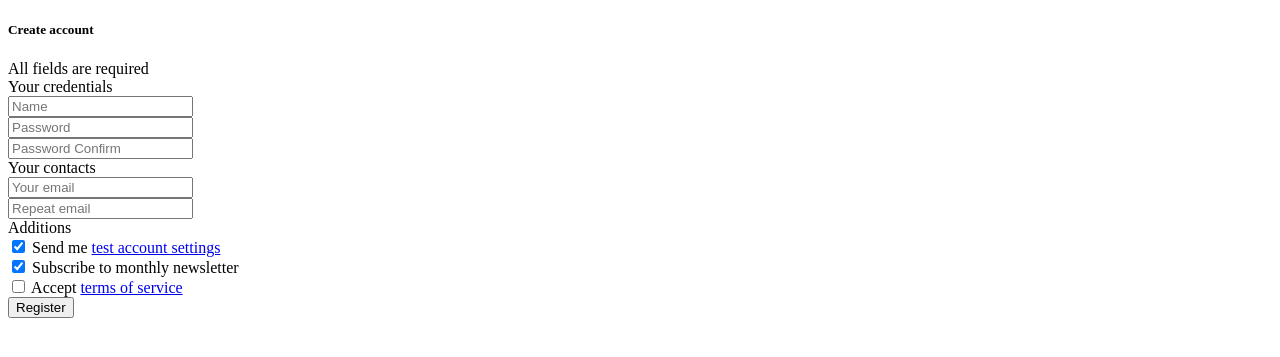
Repository: dionannd/laravel-inventory
Page: http://localhost/register
An editor plug-in stored every save of this project. The page is shown before and after the next save, followed by the edit.
The browser window is 1280 px wide. The pictures show the whole page.
The page is served by the project's Laravel application, run on PHP 8.4 with Laravel 8. Other server files are loaded and not shown.

Above is the page before, as saved 2019-08-02 19:35:53.

### app/Helpers/Helper.php
<?php

/**
 * Set any link as active by adding active class.
 * @param [url] $uri  Current URI.
 * @param string $output CSS class name.
 */

function set_active($uri, $output = 'active')
{
	if ( is_array($uri) ) {
		foreach ($uri as $u) {
			if (Route::is($u)) {
				return $output;
			}
		}
	} else {
		if (Route::is($uri)) {
			return $output;
		}
	}
}

function set_open($uri, $output = 'nav-item-expanded nav-item-open')
{
	if ( is_array($uri) ) {
		foreach ($uri as $u) {
			if (Route::is($u)) {
				return $output;
			}
		}
	} else {
		if (Route::is($uri)) {
			return $output;
		}
	}
}

### app/Providers/AppServiceProvider.php
<?php

namespace App\Providers;

use Illuminate\Support\ServiceProvider;
use Illuminate\Support\Facades\Blade;

class AppServiceProvider extends ServiceProvider
{
    /**
     * Register any application services.
     *
     * @return void
     */
    public function register()
    {
        //
    }

    /**
     * Bootstrap any application services.
     *
     * @return void
     */
    public function boot()
    {
        Blade::withoutComponentTags();
    }
}

### routes/web.php
<?php

use Illuminate\Support\Facades\Route;

/*
|--------------------------------------------------------------------------
| Web Routes
|--------------------------------------------------------------------------
|
| Here is where you can register web routes for your application. These
| routes are loaded by the RouteServiceProvider within a group which
| contains the "web" middleware group. Now create something great!
|
*/

Route::get('/', function () {
    return view('auth.login');
});

Auth::routes();

Route::group(['middleware' => 'auth:web'], function(){
    Route::get('/home', 'HomeController@index')->name('home');
    // Category Route
    Route::resource('category', 'CategoryController');
    // Place Route
    Route::resource('/place', 'PlaceController');
    // Product Route
    Route::get('/product/delete/{id}','ProductController@destroy')->name('product.destroy');
    Route::resource('/product', 'ProductController');
    // Customer Route
    Route::get('/customer/delete/{id}', 'CustomerController@destroy')->name('customer.destroy');
    Route::resource('/customer', 'CustomerController');
    // Supplier Route
    Route::get('/supplier/delete/{id}', 'SupplierController@destroy')->name('supplier.destroy');
    Route::resource('/supplier', 'SupplierController');
    // Sales Route
    Route::get('/sales/delete/{id}', 'SalesController@destroy')->name('sales.destroy');
    Route::resource('/sales', 'SalesController');
    // Price Sales from Product
    Route::post('/sales/price', 'SalesController@getPrice')->name('sales.price');
    // Inovoice Sales
    Route::get('sales/show/{id}', 'SalesController@show')->name('sales.show');
    // Purchase Route
    Route::get('/purchase/delete/{id}', 'PurchaseController@destroy')->name('purchase.destroy');
    Route::resource('/purchase', 'PurchaseController');
    // Approve Purchase
    Route::get('/purchase/approve/{id}', 'PurchaseController@approve')->name('purchase.approve');
    // Excel Purchase
    Route::get('purchase/export_pdf/{id}', 'PurchaseController@export_pdf')->name('purchase.pdf');
    // Invoice Purchase
    Route::get('purchase/show/{id}', 'PurchaseController@show')->name('purchase.show');
    // Finance Route
    Route::get('/finance/delete/{id}', 'FinanceController@destroy')->name('finance.destroy');
    Route::resource('/finance', 'FinanceController');
    // CashOut Route
    Route::resource('/cashout', 'CashoutController');
    Route::get('/cashout/delete/{id}', 'CashoutController@destroy')->name('cashout.destroy');
    // Loss Route
    Route::get('/loss/delete/{id}', 'LossController@destroy')->name('loss.destroy');
    Route::resource('loss', 'LossController');
    // Get data from Sales
    Route::post('/loss/purchase', 'LossController@getData')->name('loss.getdata');
});

### app/Http/Controllers/Auth/LoginController.php
<?php

namespace App\Http\Controllers\Auth;

use App\Http\Controllers\Controller;
use Illuminate\Foundation\Auth\AuthenticatesUsers;

class LoginController extends Controller
{
    /*
    |--------------------------------------------------------------------------
    | Login Controller
    |--------------------------------------------------------------------------
    |
    | This controller handles authenticating users for the application and
    | redirecting them to your home screen. The controller uses a trait
    | to conveniently provide its functionality to your applications.
    |
    */

    public function formLogin()
    {
        return view('login.pages.index');
    }

    use AuthenticatesUsers;

    /**
     * Where to redirect users after login.
     *
     * @var string
     */
    protected $redirectTo = '/home';

    /**
     * Create a new controller instance.
     *
     * @return void
     */
    public function __construct()
    {
        $this->middleware('guest')->except('logout');
    }
}

### app/Http/Controllers/Auth/RegisterController.php
<?php

namespace App\Http\Controllers\Auth;

use App\User;
use App\Http\Controllers\Controller;
use Illuminate\Support\Facades\Hash;
use Illuminate\Support\Facades\Validator;
use Illuminate\Foundation\Auth\RegistersUsers;

class RegisterController extends Controller
{
    /*
    |--------------------------------------------------------------------------
    | Register Controller
    |--------------------------------------------------------------------------
    |
    | This controller handles the registration of new users as well as their
    | validation and creation. By default this controller uses a trait to
    | provide this functionality without requiring any additional code.
    |
    */

    use RegistersUsers;

    /**
     * Where to redirect users after registration.
     *
     * @var string
     */
    protected $redirectTo = '/login';

    /**
     * Create a new controller instance.
     *
     * @return void
     */
    public function __construct()
    {
        $this->middleware('guest');
    }

    /**
     * Get a validator for an incoming registration request.
     *
     * @param  array  $data
     * @return \Illuminate\Contracts\Validation\Validator
     */
    protected function validator(array $data)
    {
        return Validator::make($data, [
            'name' => ['required', 'string', 'max:255'],
            'email' => ['required', 'string', 'email', 'max:255', 'unique:users'],
            'password' => ['required', 'string', 'min:8', 'confirmed'],
        ]);
    }

    /**
     * Create a new user instance after a valid registration.
     *
     * @param  array  $data
     * @return \App\User
     */
    protected function create(array $data)
    {
        return User::create([
            'name' => $data['name'],
            'email' => $data['email'],
            'password' => Hash::make($data['password']),
        ]);
    }
}

### resources/views/auth/register.blade.php
@extends('layouts.login.master')

@section('title')
    <title>Register</title>
@endsection

@section('content')
<!-- Content area -->
<div class="content d-flex justify-content-center align-items-center">

    <!-- Registration form -->
    <form class="login-form" action="index.html">
        <div class="card mb-0">
            <div class="card-body">
                <div class="text-center mb-3">
                    <i class="icon-plus3 icon-2x text-success border-success border-3 rounded-round p-3 mb-3 mt-1"></i>
                    <h5 class="mb-0">Create account</h5>
                    <span class="d-block text-muted">All fields are required</span>
                </div>

                <div class="form-group text-center text-muted content-divider">
                    <span class="px-2">Your credentials</span>
                </div>

                <div class="form-group form-group-feedback form-group-feedback-left">
                    <input type="text" class="form-control" placeholder="Name">
                    <div class="form-control-feedback">
                        <i class="icon-user-check text-muted"></i>
                    </div>
                </div>

                <div class="form-group form-group-feedback form-group-feedback-left">
                    <input type="password" class="form-control" placeholder="Password">
                    <div class="form-control-feedback">
                        <i class="icon-user-lock text-muted"></i>
                    </div>
                </div>

                <div class="form-group form-group-feedback form-group-feedback-left">
                    <input type="password" class="form-control" placeholder="Password Confirm">
                    <div class="form-control-feedback">
                        <i class="icon-user-lock text-muted"></i>
                    </div>
                </div>

                <div class="form-group text-center text-muted content-divider">
                    <span class="px-2">Your contacts</span>
                </div>

                <div class="form-group form-group-feedback form-group-feedback-left">
                    <input type="password" class="form-control" placeholder="Your email">
                    <div class="form-control-feedback">
                        <i class="icon-mention text-muted"></i>
                    </div>
                </div>

                <div class="form-group form-group-feedback form-group-feedback-left">
                    <input type="password" class="form-control" placeholder="Repeat email">
                    <div class="form-control-feedback">
                        <i class="icon-mention text-muted"></i>
                    </div>
                </div>

                <div class="form-group text-center text-muted content-divider">
                    <span class="px-2">Additions</span>
                </div>

                <div class="form-group">
                    <div class="form-check">
                        <label class="form-check-label">
                            <input type="checkbox" name="remember" class="form-input-styled" checked data-fouc>
                            Send me <a href="#">test account settings</a>
                        </label>
                    </div>

                    <div class="form-check">
                        <label class="form-check-label">
                            <input type="checkbox" name="remember" class="form-input-styled" checked data-fouc>
                            Subscribe to monthly newsletter
                        </label>
                    </div>

                    <div class="form-check">
                        <label class="form-check-label">
                            <input type="checkbox" name="remember" class="form-input-styled" data-fouc>
                            Accept <a href="#">terms of service</a>
                        </label>
                    </div>
                </div>

                <button type="submit" class="btn bg-teal-400 btn-block">Register <i class="icon-circle-right2 ml-2"></i></button>
            </div>
        </div>
    </form>
    <!-- /registration form -->

</div>
<!-- /content area -->
@endsection

### resources/views/layouts/login/master.blade.php
<!DOCTYPE html>
<html lang="{{ str_replace('_', '-', app()->getLocale()) }}">
    <head>
        <meta charset="utf-8">
        <meta http-equiv="X-UA-Compatible" content="IE=edge">
        <meta name="viewport" content="width=device-width, initial-scale=1, shrink-to-fit=no">

        <!-- CSRF Token -->
        <meta name="csrf-token" content="{{ csrf_token() }}">

        @yield('title')

        <!-- Global stylesheets -->
        <link href="https://fonts.googleapis.com/css?family=Roboto:400,300,100,500,700,900" rel="stylesheet" type="text/css">
        <link href="{{ asset('css/icons/icomoon/styles.css') }}" rel="stylesheet" type="text/css">
        <link href="{{ asset('css/bootstrap.min.css') }}" rel="stylesheet" type="text/css">
        <link href="{{ asset('css/bootstrap_limitless.min.css') }}" rel="stylesheet" type="text/css">
        <link href="{{ asset('css/layout.min.css') }}" rel="stylesheet" type="text/css">
        <link href="{{ asset('css/components.min.css') }}" rel="stylesheet" type="text/css">
        <link href="{{ asset('css/colors.min.css') }}" rel="stylesheet" type="text/css">
        <!-- /global stylesheets -->

        <!-- Core JS files -->
        <script src="{{ asset('js/main/jquery.min.js') }}"></script>
        <script src="{{ asset('js/main/bootstrap.bundle.min.js') }}"></script>
        <script src="{{ asset('js/plugins/loaders/blockui.min.js') }}"></script>
        <!-- /core JS files -->

        <!-- Theme JS files -->
        <script src="{{ asset('js/app.js') }}"></script>
        <script src="{{ asset('js/plugins/forms/styling/uniform.min.js') }}"></script>
        <!-- /theme JS files -->

    </head>

<body class="bg-slate-800">

    <!-- Page content -->
    <div class="page-content">
        <!-- Main content -->
        <div class="content-wrapper">

            @yield('content')

        </div>
    </div>

</body>
</html>

Loaded but not shown: app/Http/Controllers/Controller.php (common file)

After the next save:
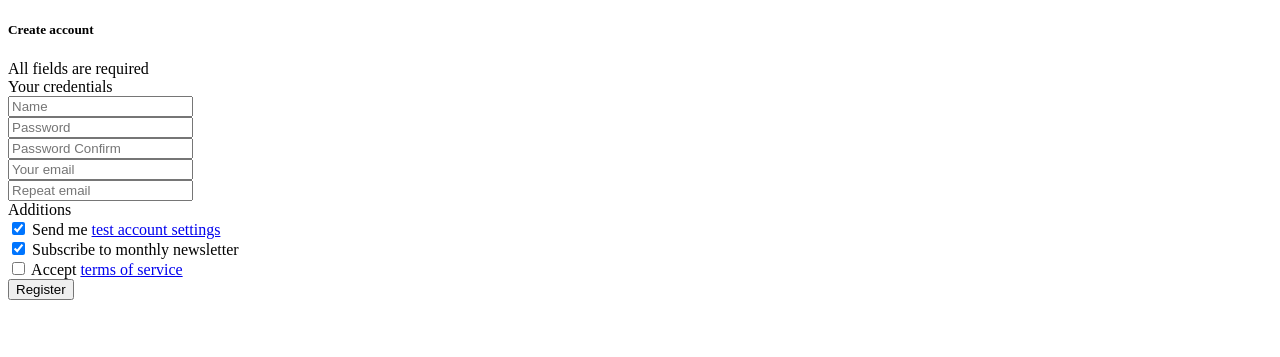
Saved 8 s later.
--- a/resources/views/auth/register.blade.php
+++ b/resources/views/auth/register.blade.php
@@ -43,9 +43,7 @@
                     </div>
                 </div>
 
-                <div class="form-group text-center text-muted content-divider">
-                    <span class="px-2">Your contacts</span>
-                </div>
+
 
                 <div class="form-group form-group-feedback form-group-feedback-left">
                     <input type="password" class="form-control" placeholder="Your email">
